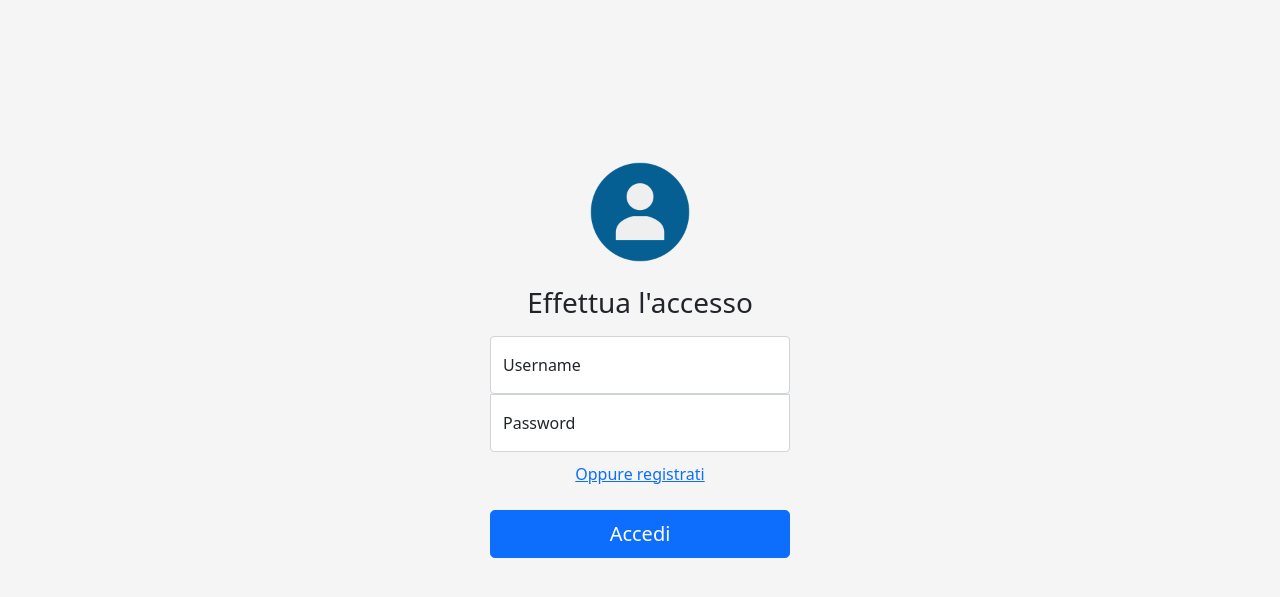
Repository: Simone1703/Sondaggi
Page: spring-boot-starter-jsp-main/src/main/resources/static/html/login.html
The author's editor kept a copy of each file at every save. The page is drawn from the files as they stood at one save, then again after the next save.
The browser window is 1280 px wide. The pictures show the whole page.

Above is the page before, as saved 2022-04-27 14:02:11.

### spring-boot-starter-jsp-main/src/main/resources/static/html/login.html
<!DOCTYPE HTML>

<html lang="it">

<head>
<meta charset="utf-8">
<meta name="viewport" content="width=device-width, initial-scale=1">
<title>Login</title>

<!-- Bootstrap core CSS -->
<link
	href="https://cdn.jsdelivr.net/npm/bootstrap@5.1.3/dist/css/bootstrap.min.css"
	rel="stylesheet"
	integrity="sha384-1BmE4kWBq78iYhFldvKuhfTAU6auU8tT94WrHftjDbrCEXSU1oBoqyl2QvZ6jIW3"
	crossorigin="anonymous">


<!-- Custom styles for this template -->
<link href="/css/signin.css" rel="stylesheet">
<meta name="theme-color" content="#7952b3">

</head>

<body class="text-center">

	<main class="form-signin">
		<form>
			<img class="mb-4" src="/images/login_icon.png" alt="" width="100">
			<h1 class="h3 mb-3 fw-normal">Effettua l'accesso</h1>

			<div class="form-floating">
				<input type="text" class="form-control" id="floatingInput"
					placeholder="Username"> <label for="floatingInput">Username</label>
			</div>
			<div class="form-floating">
				<input type="password" class="form-control" id="floatingPassword"
					placeholder="Password"> <label for="floatingPassword">Password</label>
			</div>
			<a href="/html/signup.html">Oppure registrati</a>

			<br><br>
			<button class="w-100 btn btn-lg btn-primary" type="submit">Accedi</button>
		</form>
	</main>

</body>

</html>

Loaded but not shown: spring-boot-starter-jsp-main/src/main/resources/static/css/signin.css (common file)

After the next save:
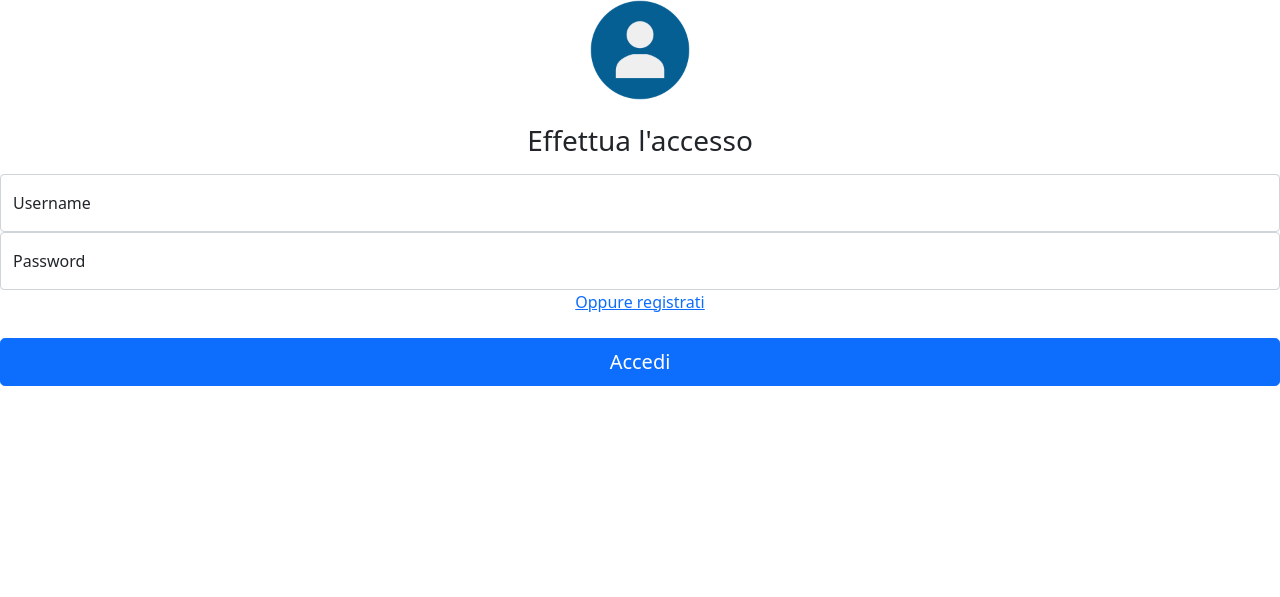
Saved 17 s later.
--- a/spring-boot-starter-jsp-main/src/main/resources/static/html/login.html
+++ b/spring-boot-starter-jsp-main/src/main/resources/static/html/login.html
@@ -14,10 +14,6 @@
 	integrity="sha384-1BmE4kWBq78iYhFldvKuhfTAU6auU8tT94WrHftjDbrCEXSU1oBoqyl2QvZ6jIW3"
 	crossorigin="anonymous">
 
-
-<!-- Custom styles for this template -->
-<link href="/css/signin.css" rel="stylesheet">
-<meta name="theme-color" content="#7952b3">
 
 </head>
 

After the save that followed:
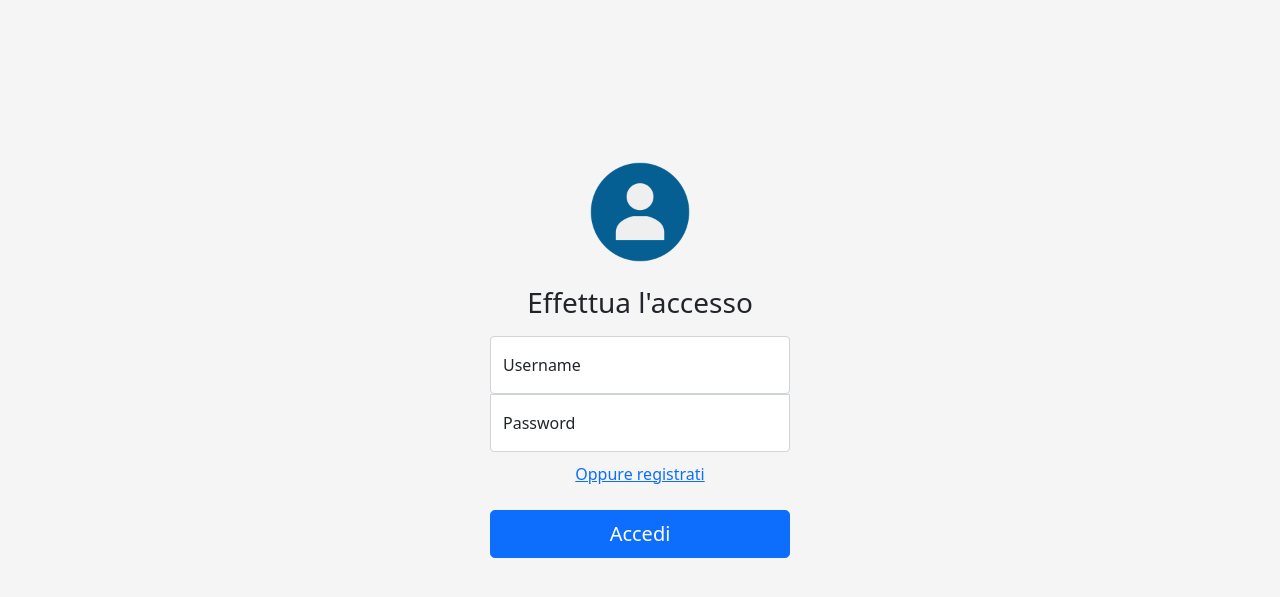
Saved 14 s later.
--- a/spring-boot-starter-jsp-main/src/main/resources/static/html/login.html
+++ b/spring-boot-starter-jsp-main/src/main/resources/static/html/login.html
@@ -14,6 +14,9 @@
 	integrity="sha384-1BmE4kWBq78iYhFldvKuhfTAU6auU8tT94WrHftjDbrCEXSU1oBoqyl2QvZ6jIW3"
 	crossorigin="anonymous">
 
+<!-- Custom styles for this template -->
+<link href="/css/signin.css" rel="stylesheet">
+<meta name="theme-color" content="#7952b3">
 
 </head>
 
